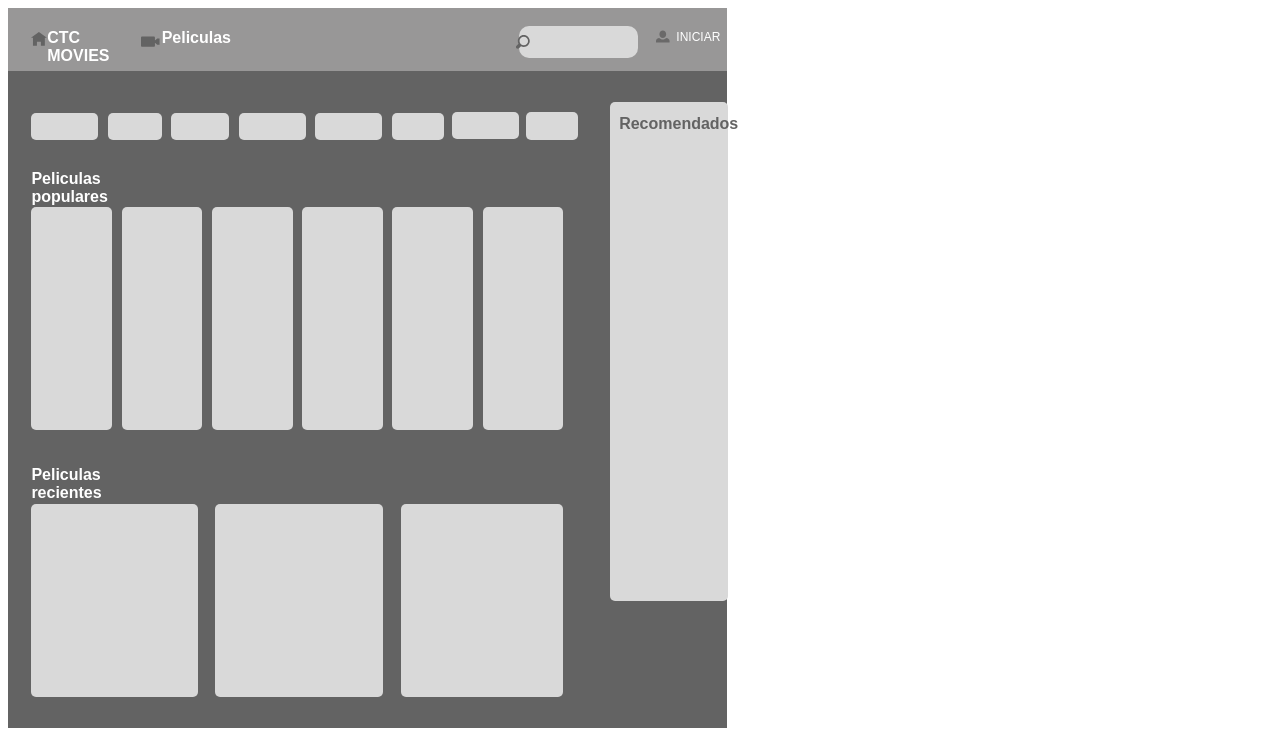
Repository: eschala/Innovadores-Adl_Sep2023
Page: Content/Index_.html
An editor plug-in stored every save of this project. The page is shown before and after the next save, followed by the edit.
The browser window is 1280 px wide. The page is 1280 px wide, then 1288 px, so the pictures cover 1288 px, including what lies to the right of the window. The pictures show the whole page.

Above is the page before, as saved 2023-12-02 00:01:00.
Console error: SyntaxError: Unexpected token ')'

### Content/Index_.html
<!DOCTYPE html>
<html lang="en">
<head>
    <meta charset="UTF-8">
    <meta name="viewport" content="width=device-width, initial-scale=1.0">
    <title>Document</title>
    <link rel="stylesheet" href="style.css">
</head>
<body>

    <div class="component-1">
        <div class="rectangle-1"></div>
        <div class="mask-group">
          <div class="rectangle-2"></div>
        </div>
        <div class="rectangle-4"></div>
        <svg
          class="icon-magnifying-glass"
          width="20"
          height="20"
          viewBox="0 0 20 20"
          fill="none"
          xmlns="http://www.w3.org/2000/svg"
        >
          <path
            d="M11.3285 0.0247757C16.1102 0.0247757 20 3.91456 20 8.69627C20 13.478 16.1102 17.3678 11.3285 17.3678C9.86674 17.3678 8.42975 17.0209 7.21574 16.352C7.11849 16.469 7.01068 16.5768 6.89365 16.674L4.41608 19.1516C4.18731 19.409 3.90834 19.617 3.59629 19.7627C3.28425 19.9084 2.94572 19.9888 2.60148 19.9989C2.25724 20.009 1.91457 19.9487 1.59449 19.8216C1.27441 19.6945 0.983692 19.5033 0.740175 19.2598C0.496656 19.0163 0.305481 18.7256 0.178387 18.4055C0.0512905 18.0854 -0.00904083 17.7428 0.00109291 17.3985C0.0112267 17.0543 0.0916119 16.7157 0.237314 16.4037C0.383018 16.0917 0.590963 15.8127 0.848383 15.5839L3.32595 13.1063C3.44664 12.9856 3.57948 12.8777 3.72236 12.7843C3.05342 11.5703 2.63223 10.158 2.63223 8.67149C2.63223 3.88978 6.52202 0 11.3037 0L11.3285 0.0247757ZM11.3285 2.50235C7.88468 2.50235 5.13458 5.25245 5.13458 8.69627C5.13458 10.3315 5.7292 11.8428 6.76978 12.9577C6.79455 12.9825 6.81933 13.0072 6.8441 13.032C6.96113 13.1293 7.06894 13.2371 7.16619 13.3541C8.25632 14.3451 9.74286 14.915 11.3533 14.915C14.7971 14.915 17.5472 12.1649 17.5472 8.72104C17.5472 5.27722 14.7971 2.52712 11.3533 2.52712L11.3285 2.50235Z"
            fill="#636363"
          />
        </svg>

        <div class="iniciar">INICIAR</div>
        <svg
          class="icon-person"
          width="21"
          height="18"
          viewBox="0 0 21 18"
          fill="none"
          xmlns="http://www.w3.org/2000/svg"
        >
          <path
            opacity="0.3"
            d="M10.1679 0C7.3717 0 5.08393 2.52 5.08393 5.625C5.08393 8.73 7.3717 11.25 10.1679 11.25C12.964 11.25 15.2518 8.73 15.2518 5.625C15.2518 2.52 12.964 0 10.1679 0ZM4.85515 11.25C2.16067 11.3625 0 13.32 0 15.75V18H20.3357V15.75C20.3357 13.32 18.2005 11.3625 15.4806 11.25C14.1079 12.6225 12.2269 13.5 10.1679 13.5C8.10887 13.5 6.22782 12.6225 4.85515 11.25Z"
            fill="black"
          />
        </svg>

        <div class="ctc-movies">CTC MOVIES</div>
        <div class="peliculas">Peliculas</div>
        <svg
          class="icon-home"
          width="23"
          height="20"
          viewBox="0 0 23 20"
          fill="none"
          xmlns="http://www.w3.org/2000/svg"
        >
          <path
            d="M11.5 0L0 8.57143H2.875V20H8.625V14.2857H14.375V20H20.125V8.48571L23 8.57143L11.5 0Z"
            fill="#636363"
          />
        </svg>

        <svg
          class="icon-video"
          width="27"
          height="15"
          viewBox="0 0 27 15"
          fill="none"
          xmlns="http://www.w3.org/2000/svg"
        >
          <path
            d="M1.6875 0C0.7425 0 0 0.69 0 1.5V13.5C0 14.34 0.77625 15 1.6875 15H18.5625C19.5075 15 20.25 14.34 20.25 13.5V9L23.625 12H27V3H23.625L20.25 6V1.5C20.25 0.66 19.5075 0 18.5625 0H1.6875Z"
            fill="#636363"
          />
        </svg>

        <div class="rectangle-5"></div>
        <div class="rectangle-16"></div>
        <div class="rectangle-17"></div>
        <div class="rectangle-18"></div>
        <div class="rectangle-19"></div>
        <div class="rectangle-20"></div>
        <div class="rectangle-21"></div>
        <div class="rectangle-22"></div>
        <div class="rectangle-23"></div>
        <div class="rectangle-13"></div>
        <div class="rectangle-14"></div>
        <div class="rectangle-15"></div>
        <div class="rectangle-8"></div>
        <div class="rectangle-10"></div>
        <div class="rectangle-11"></div>
        <div class="rectangle-12"></div>
        <div class="rectangle-9"></div>
        <div class="rectangle-7"></div>
        <div class="peliculas-populares">Peliculas populares</div>
        <div class="peliculas-recientes">Peliculas recientes</div>
        <div class="recomendados">Recomendados</div>
      </div>


    <script src="script_p.js"></script>
</body>
</html>

### Content/style.css
.component-1,
.component-1 * {
  box-sizing: border-box;
}
.component-1 {
  width: 100vh;
  height: 100vh;
  position: relative;
}
.rectangle-1 {
  background: #636363;
  position: absolute;
  right: 0.1%;
  left: 0%;
  width: 99.9%;
  bottom: 0%;
  top: 4.29%;
  height: 95.71%;
}
.mask-group {
  position: absolute;
  inset: 0;
}
.rectangle-2 {
  background: #989797;
  position: absolute;
  right: 0.1%;
  left: 0%;
  width: 99.9%;
  bottom: 91.25%;
  top: 0%;
  height: 8.75%;
}
.rectangle-4 {
  background: #d9d9d9;
  border-radius: 10px;
  position: absolute;
  right: 12.44%;
  left: 70.91%;
  width: 16.65%;
  bottom: 93.04%;
  top: 2.5%;
  height: 4.46%;
}
.icon-magnifying-glass {
  height: auto;
  position: absolute;
  right: 24.69%;
  left: 73.4%;
  width: 1.91%;
  bottom: 93.57%;
  top: 2.86%;
  height: 3.57%;
  transform: translate(-20px, 0px);
  overflow: visible;
}
.iniciar {
  color: #ffffff;
  text-align: left;
  font: 400 12px "Inter-Regular", sans-serif;
  position: absolute;
  right: 2.3%;
  left: 92.82%;
  width: 4.88%;
  bottom: 94.46%;
  top: 3.04%;
  height: 2.5%;
}
.icon-person {
  height: auto;
  position: absolute;
  right: 8.1%;
  left: 89.95%;
  width: 1.95%;
  bottom: 94.46%;
  top: 2.32%;
  height: 3.21%;
  overflow: visible;
}
.ctc-movies {
  color: #ffffff;
  text-align: left;
  font: 700 16px "Inter-Bold", sans-serif;
  position: absolute;
  right: 83.83%;
  left: 5.45%;
  width: 10.72%;
  bottom: 92.68%;
  top: 2.86%;
  height: 4.46%;
}
.peliculas {
  color: #ffffff;
  text-align: left;
  font: 700 16px "Inter-Bold", sans-serif;
  position: absolute;
  right: 71.29%;
  left: 21.34%;
  width: 7.37%;
  bottom: 93.21%;
  top: 2.86%;
  height: 3.93%;
}
.icon-home {
  height: auto;
  position: absolute;
  right: 94.55%;
  left: 3.25%;
  width: 2.2%;
  bottom: 93.93%;
  top: 2.5%;
  height: 3.57%;
  overflow: visible;
}
.icon-video {
  height: auto;
  position: absolute;
  right: 78.95%;
  left: 18.47%;
  width: 2.58%;
  bottom: 93.93%;
  top: 3.39%;
  height: 2.68%;
  overflow: visible;
}
.rectangle-5 {
  background: #d9d9d9;
  border-radius: 5px;
  position: absolute;
  right: 85.55%;
  left: 3.25%;
  width: 11.2%;
  bottom: 41.43%;
  top: 27.68%;
  height: 30.89%;
}
.rectangle-16 {
  background: #d9d9d9;
  border-radius: 5px;
  position: absolute;
  right: 87.46%;
  left: 3.25%;
  width: 9.28%;
  bottom: 81.61%;
  top: 14.64%;
  height: 3.75%;
}
.rectangle-17 {
  background: #d9d9d9;
  border-radius: 5px;
  position: absolute;
  right: 78.66%;
  left: 13.88%;
  width: 7.46%;
  bottom: 81.61%;
  top: 14.64%;
  height: 3.75%;
}
.rectangle-18 {
  background: #d9d9d9;
  border-radius: 5px;
  position: absolute;
  right: 69.28%;
  left: 22.68%;
  width: 8.04%;
  bottom: 81.61%;
  top: 14.64%;
  height: 3.75%;
}
.rectangle-19 {
  background: #d9d9d9;
  border-radius: 5px;
  position: absolute;
  right: 58.66%;
  left: 32.06%;
  width: 9.28%;
  bottom: 81.61%;
  top: 14.64%;
  height: 3.75%;
}
.rectangle-20 {
  background: #d9d9d9;
  border-radius: 5px;
  position: absolute;
  right: 48.04%;
  left: 42.68%;
  width: 9.28%;
  bottom: 81.61%;
  top: 14.64%;
  height: 3.75%;
}
.rectangle-21 {
  background: #d9d9d9;
  border-radius: 5px;
  position: absolute;
  right: 39.43%;
  left: 53.3%;
  width: 7.27%;
  bottom: 81.61%;
  top: 14.64%;
  height: 3.75%;
}
.rectangle-22 {
  background: #d9d9d9;
  border-radius: 5px;
  position: absolute;
  right: 29.09%;
  left: 61.63%;
  width: 9.28%;
  bottom: 81.79%;
  top: 14.46%;
  height: 3.75%;
}
.rectangle-23 {
  background: #d9d9d9;
  border-radius: 5px;
  position: absolute;
  right: 20.77%;
  left: 71.96%;
  width: 7.27%;
  bottom: 81.61%;
  top: 14.46%;
  height: 3.93%;
}
.rectangle-13 {
  background: #d9d9d9;
  border-radius: 5px;
  position: absolute;
  right: 73.59%;
  left: 3.25%;
  width: 23.16%;
  bottom: 4.29%;
  top: 68.93%;
  height: 26.79%;
}
.rectangle-14 {
  background: #d9d9d9;
  border-radius: 5px;
  position: absolute;
  right: 47.94%;
  left: 28.71%;
  width: 23.35%;
  bottom: 4.29%;
  top: 68.93%;
  height: 26.79%;
}
.rectangle-15 {
  background: #d9d9d9;
  border-radius: 5px;
  position: absolute;
  right: 22.87%;
  left: 54.55%;
  width: 22.58%;
  bottom: 4.29%;
  top: 68.93%;
  height: 26.79%;
}
.rectangle-8 {
  background: #d9d9d9;
  border-radius: 5px;
  position: absolute;
  right: 60.48%;
  left: 28.33%;
  width: 11.2%;
  bottom: 41.43%;
  top: 27.68%;
  height: 30.89%;
}
.rectangle-10 {
  background: #d9d9d9;
  border-radius: 5px;
  position: absolute;
  right: 47.94%;
  left: 40.86%;
  width: 11.2%;
  bottom: 41.43%;
  top: 27.68%;
  height: 30.89%;
}
.rectangle-11 {
  background: #d9d9d9;
  border-radius: 5px;
  position: absolute;
  right: 35.41%;
  left: 53.4%;
  width: 11.2%;
  bottom: 41.43%;
  top: 27.68%;
  height: 30.89%;
}
.rectangle-12 {
  background: #d9d9d9;
  border-radius: 5px;
  position: absolute;
  right: 22.87%;
  left: 65.93%;
  width: 11.2%;
  bottom: 41.43%;
  top: 27.68%;
  height: 30.89%;
}
.rectangle-9 {
  background: #d9d9d9;
  border-radius: 5px;
  position: absolute;
  right: 73.01%;
  left: 15.79%;
  width: 11.2%;
  bottom: 41.43%;
  top: 27.68%;
  height: 30.89%;
}
.rectangle-7 {
  background: #d9d9d9;
  border-radius: 5px;
  position: absolute;
  right: 0%;
  left: 83.64%;
  width: 16.36%;
  bottom: 17.68%;
  top: 13.04%;
  height: 69.29%;
}
.peliculas-populares {
  color: #ffffff;
  text-align: left;
  font: 700 16px "Inter-Bold", sans-serif;
  position: absolute;
  right: 81.53%;
  left: 3.25%;
  width: 15.22%;
  bottom: 74.11%;
  top: 22.5%;
  height: 3.39%;
}
.peliculas-recientes {
  color: #ffffff;
  text-align: left;
  font: 700 16px "Inter-Bold", sans-serif;
  position: absolute;
  right: 81.53%;
  left: 3.25%;
  width: 15.22%;
  bottom: 33.04%;
  top: 63.57%;
  height: 3.39%;
}
.recomendados {
  color: #636363;
  text-align: left;
  font: 700 16px "Inter-Bold", sans-serif;
  position: absolute;
  right: 2.3%;
  left: 84.88%;
  width: 12.82%;
  bottom: 81.79%;
  top: 14.82%;
  height: 3.39%;
}

### Content/script_p.js
const main_ =document.querySelector(".main");
const tittle_Main_ =document.querySelector(".tittle_Main");
const parrafo_ =document.querySelector(".parrafo");


const searchTerm = document.querySelector('#ingresarPelicula').value;
const apiKey = '711ffca8';
const apiUrl = `http://www.omdbapi.com/?apikey=${apiKey}&s=${searchTerm}`;
const apiUrl2 = `http://www.omdbapi.com/?apikey=[711ffca8]&`;

fetch(apiUrl2)
.then(res=>res.json())
.then(response=>)

After the next save:
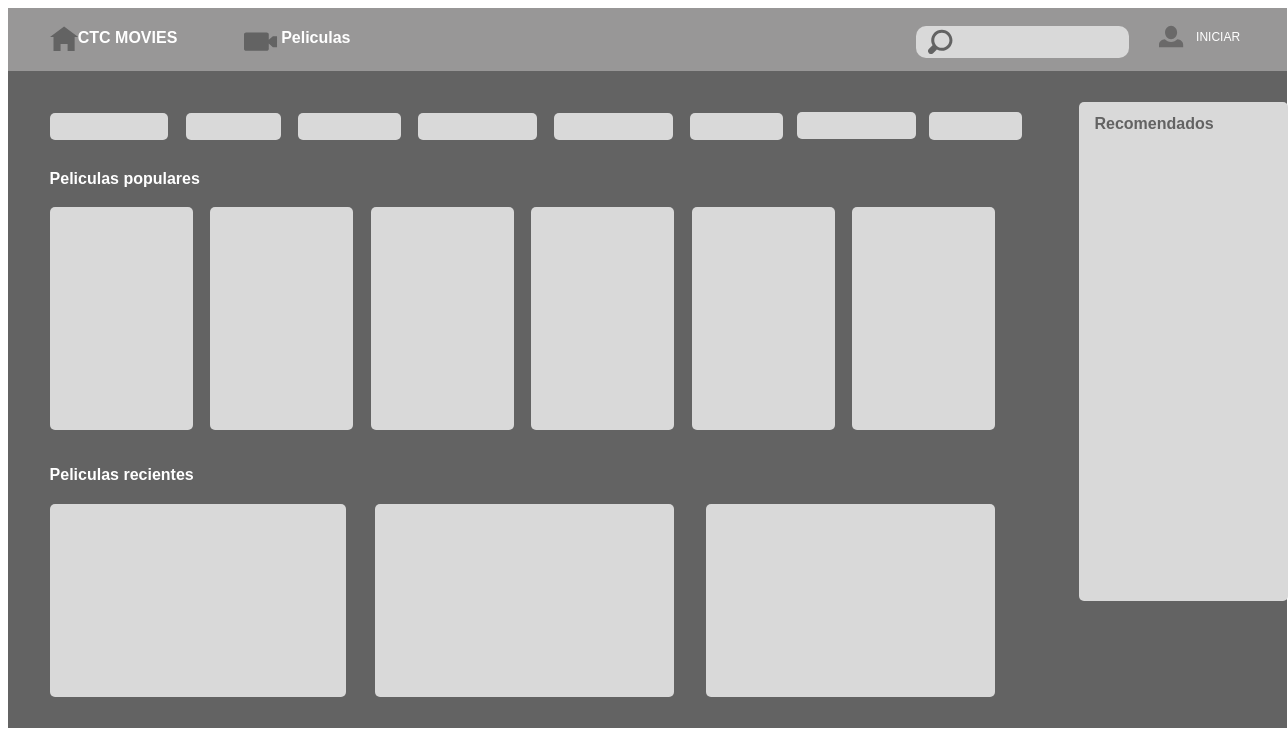
Saved 6 s later.
--- a/Content/style.css
+++ b/Content/style.css
@@ -3,7 +3,7 @@
   box-sizing: border-box;
 }
 .component-1 {
-  width: 100vh;
+  width: 100vw;
   height: 100vh;
   position: relative;
 }
